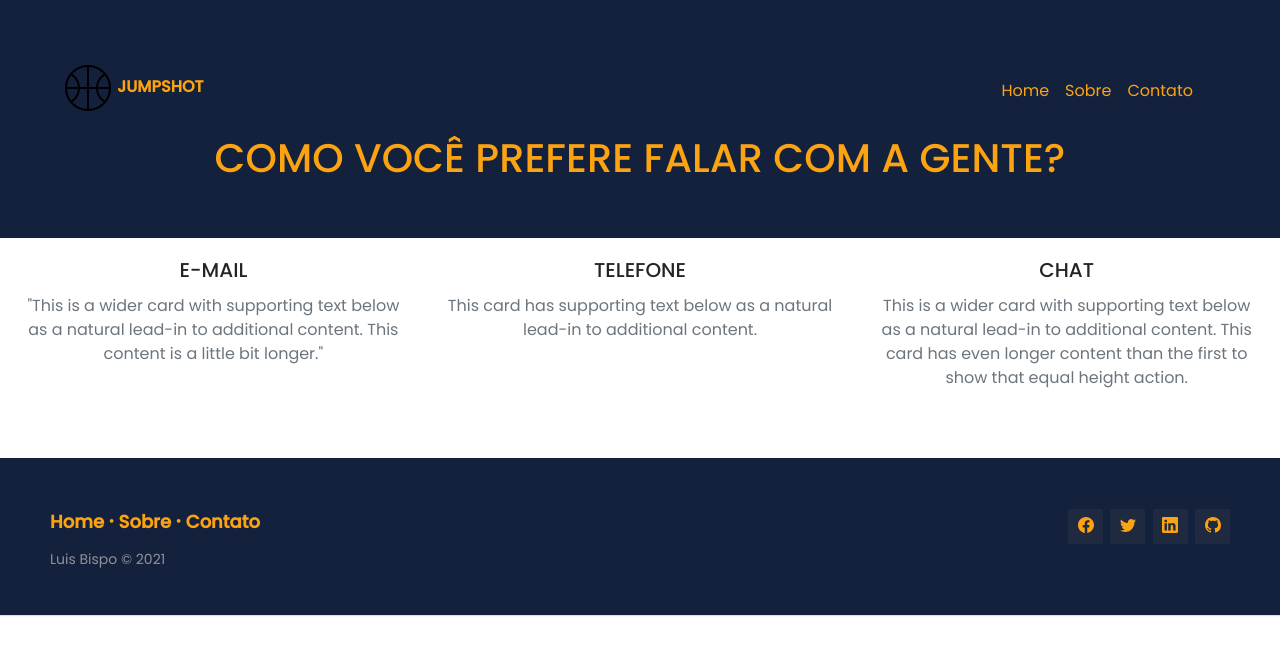
Repository: luisbisp/Jumpshot
Page: pages/contact.html
The author's editor kept a copy of each file at every save. The page is drawn from the files as they stood at one save, then again after the next save.
The browser window is 1280 px wide. The pictures show the whole page.

Above is the page before, as saved 2021-07-07 20:09:26.

After the next save:
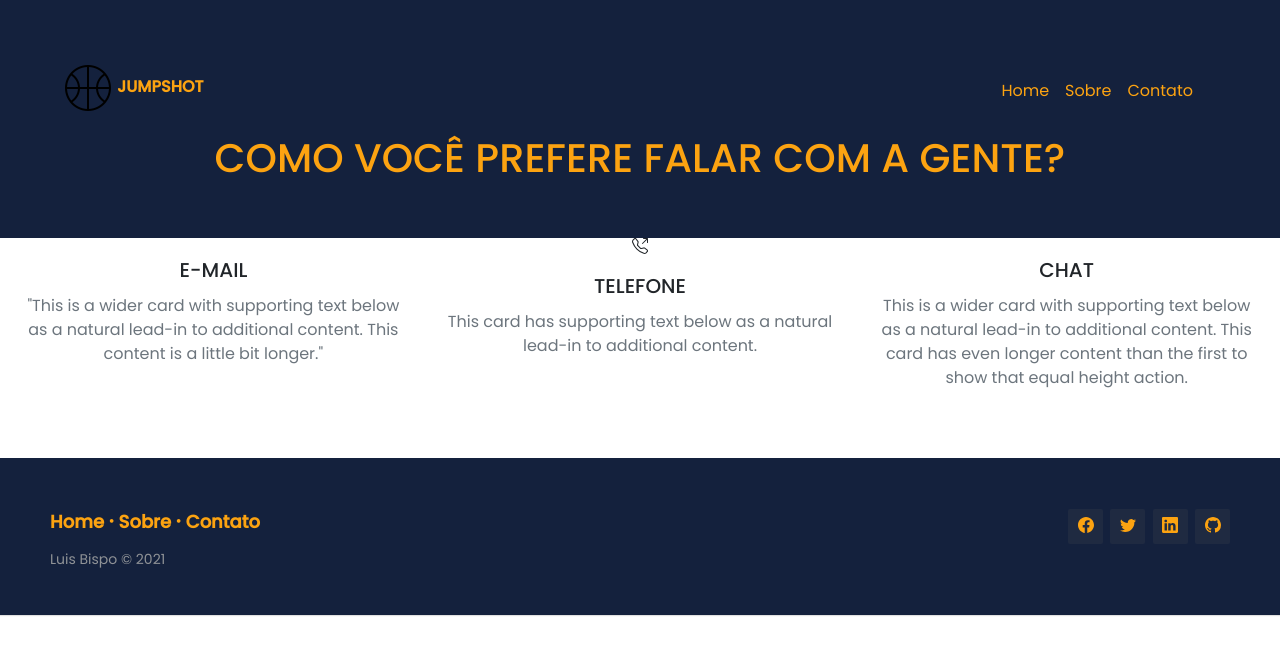
Saved 2 min 21 s later.
--- a/pages/contact.html
+++ b/pages/contact.html
@@ -77,7 +77,9 @@
             </div>
             <div class="card border-0">
                 <div class="d-flex justify-content-center">
-
+                    <svg xmlns="http://www.w3.org/2000/svg" width="16" height="16" fill="currentColor" class="bi bi-telephone-outbound" viewBox="0 0 16 16">
+                        <path d="M3.654 1.328a.678.678 0 0 0-1.015-.063L1.605 2.3c-.483.484-.661 1.169-.45 1.77a17.568 17.568 0 0 0 4.168 6.608 17.569 17.569 0 0 0 6.608 4.168c.601.211 1.286.033 1.77-.45l1.034-1.034a.678.678 0 0 0-.063-1.015l-2.307-1.794a.678.678 0 0 0-.58-.122l-2.19.547a1.745 1.745 0 0 1-1.657-.459L5.482 8.062a1.745 1.745 0 0 1-.46-1.657l.548-2.19a.678.678 0 0 0-.122-.58L3.654 1.328zM1.884.511a1.745 1.745 0 0 1 2.612.163L6.29 2.98c.329.423.445.974.315 1.494l-.547 2.19a.678.678 0 0 0 .178.643l2.457 2.457a.678.678 0 0 0 .644.178l2.189-.547a1.745 1.745 0 0 1 1.494.315l2.306 1.794c.829.645.905 1.87.163 2.611l-1.034 1.034c-.74.74-1.846 1.065-2.877.702a18.634 18.634 0 0 1-7.01-4.42 18.634 18.634 0 0 1-4.42-7.009c-.362-1.03-.037-2.137.703-2.877L1.885.511zM11 .5a.5.5 0 0 1 .5-.5h4a.5.5 0 0 1 .5.5v4a.5.5 0 0 1-1 0V1.707l-4.146 4.147a.5.5 0 0 1-.708-.708L14.293 1H11.5a.5.5 0 0 1-.5-.5z"/>
+                      </svg>
                 </div>
                 <div class="card-body">
                     <h5 class="card-title text-center">TELEFONE</h5>
